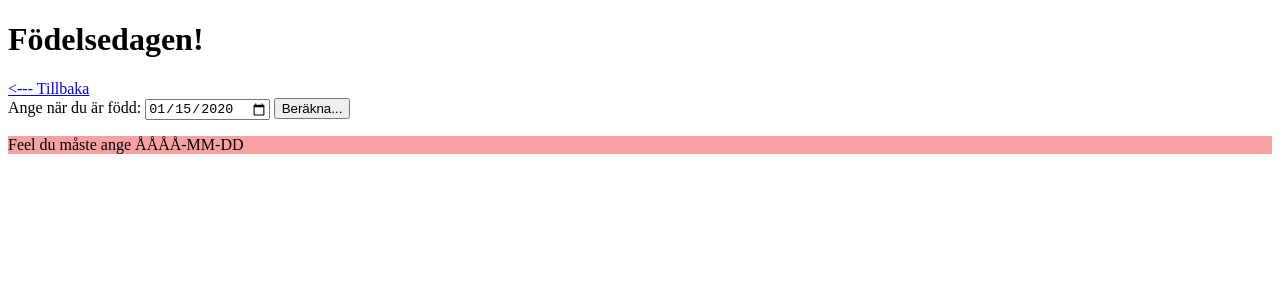
Repository: rs222kn/1dv403-laborationer
Page: 1-vandalen/birthday/index.html
The author's editor kept a record of every edit. The page is drawn from the files as they stood at one moment, then again after the next edit.
The browser window is 1280 px wide. The pictures show the whole page.
Empty fields were first filled with sample values (such as "Sample", 5 or name@example.com).
After loading, the first visible `#send` was clicked once.

Above is the page before.

After the next edit:
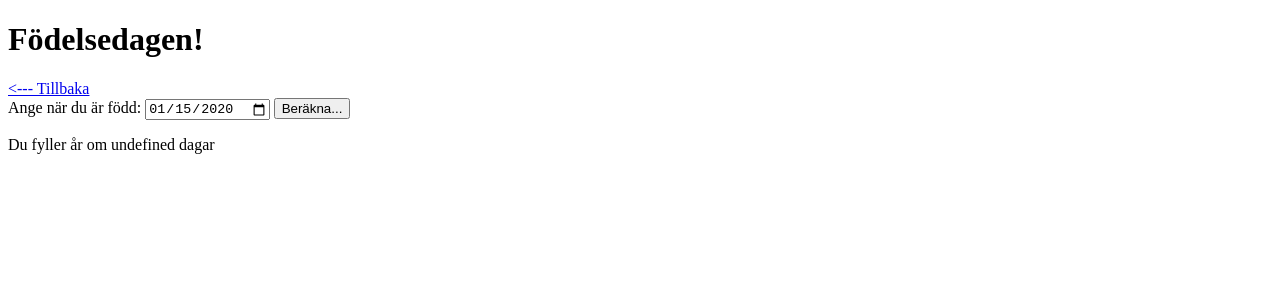
The edit:
--- a/1-vandalen/birthday/script.js
+++ b/1-vandalen/birthday/script.js
@@ -27,7 +27,7 @@
 				return toNextDay;
 			}
 			*/
-			throw new Error('Feel du måste ange ÅÅÅÅ-MM-DD');
+			//throw new Error('Feel du måste ange ÅÅÅÅ-MM-DD');
 
 			try{
 				var birth = new Date(date);
